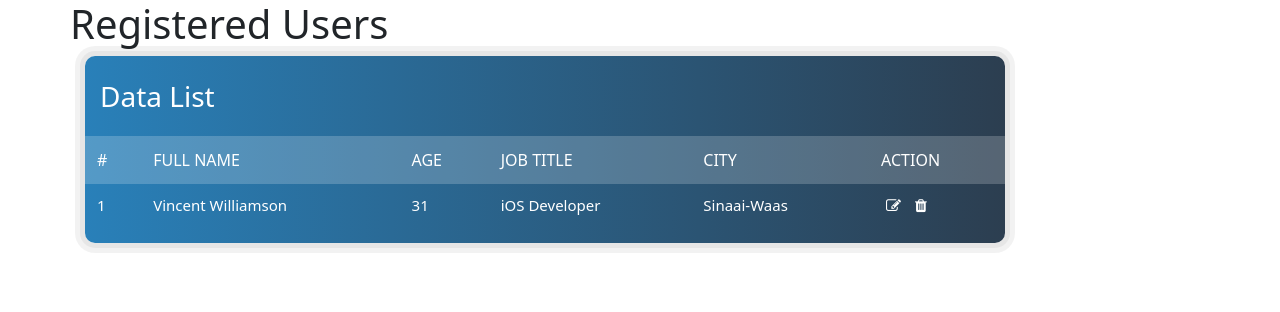
Repository: Navin-PlayerOne/fullstackTask-KCE
Page: http://localhost/registration/registeredlist.jsp
An editor plug-in stored every save of this project. The page is shown before and after the next save, followed by the edit.
The browser window is 1280 px wide. The pictures show the whole page.
The page is served by Tomcat 10. Queries for data that is not in the repository find no rows.

Above is the page before, as saved 2023-03-28 16:16:02.

After the next save:
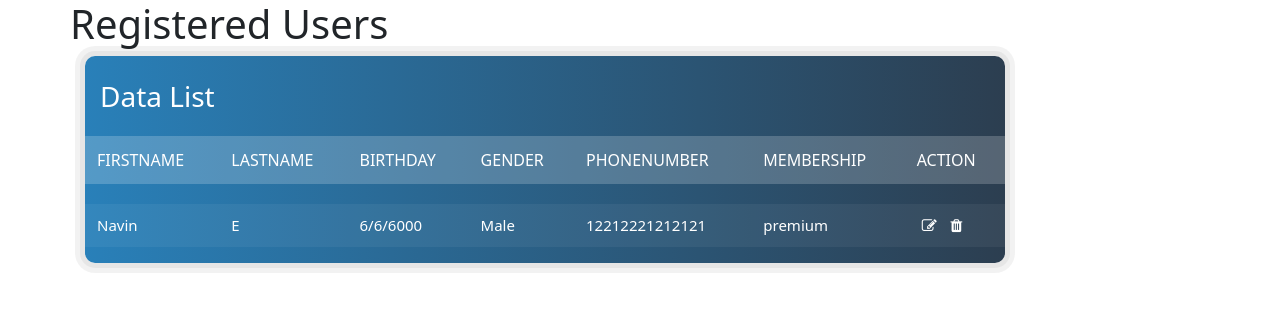
Saved 55 min 56 s later.
--- a/registration/src/main/webapp/registeredlist.jsp
+++ b/registration/src/main/webapp/registeredlist.jsp
@@ -1,3 +1,7 @@
+<%@page import="com.kce.dao.RegisterDao"%>
+<%@page import="com.kce.model.Register"%>
+<%@page import="java.util.ArrayList"%>
+<%@page import="java.util.List"%>
 <%@ page language="java" contentType="text/html; charset=ISO-8859-1"
     pageEncoding="ISO-8859-1"%>
 <!DOCTYPE html>
@@ -37,25 +41,48 @@
                             <table class="table">
                                 <thead>
                                     <tr>
-                                        <th>#</th>
-                                        <th>Full Name</th>
-                                        <th>Age</th>
-                                        <th>Job Title</th>
-                                        <th>City</th>
+                                        <th>FirstName</th>
+                                        <th>LastName</th>
+                                        <th>BirthDay</th>
+                                        <th>Gender</th>
+                                        <th>PhoneNumber</th>
+                                        <th>Membership</th>
                                         <th>Action</th>
                                     </tr>
                                 </thead>
                                 <tbody>
+
+                                	<%
+
+                                	ArrayList<Register> users = new RegisterDao().getRegisterationDetailsList();
+
+                                	for(Register user : users){
+
+                                	}
+
+
+
+                                	%>
+
+                                	<c:forEach items="${userDao.getAllUsers()}" var="user">
+      <tr>
+        <td>${user.id}</td>
+        <td>${user.name}</td>
+        <td>${user.email}</td>
+      </tr>
+    </c:forEach>
+
                                     <tr>
-                                        <td>1</td>
-                                        <td>Vincent Williamson</td>
-                                        <td>31</td>
-                                        <td>iOS Developer</td>
-                                        <td>Sinaai-Waas</td>
+                                        <td>Navin</td>
+                                        <td>E</td>
+                                        <td>6/6/6000</td>
+                                        <td>Male</td>
+                                        <td>12212221212121</td>
+                                        <td>premium</td>
                                         <td>
                                             <ul class="action-list">
-                                                <li><a href="#" data-tip="edit"><i class="fa fa-edit"></i></a></li>
-                                                <li><a href="#" data-tip="delete"><i class="fa fa-trash"></i></a></li>
+                                                <li><a  data-tip="edit"><i class="fa fa-edit"></i></a></li>
+                                                <li><a  data-tip="delete"><i class="fa fa-trash"></i></a></li>
                                             </ul>
                                         </td>
                                     </tr>
